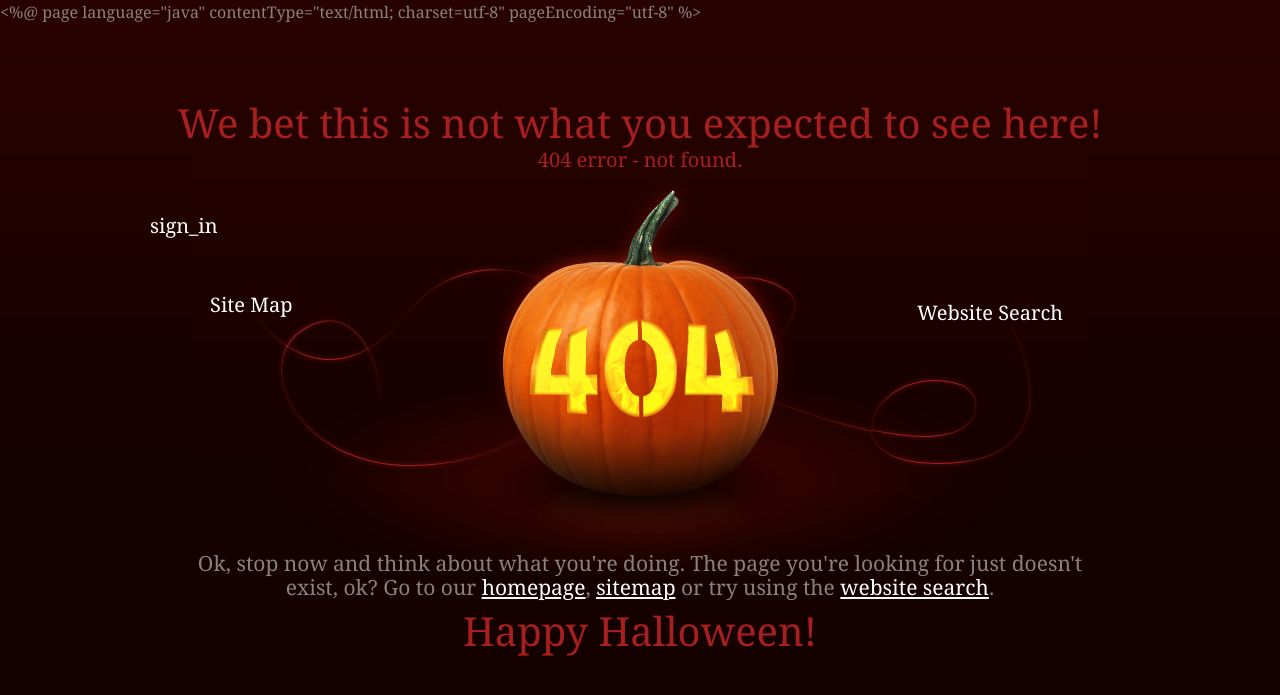
Repository: SuperCcKai/seServer
Page: MVCstudy/newServer/WebRoot/404.html
These files come from the project's save history. The page is drawn as it stood at one moment and after the next save; the edit follows.
The browser window is 1280 px wide. The pictures show the whole page.

Above is the page before, as saved 2018-05-12 13:27:41.

After the next save:
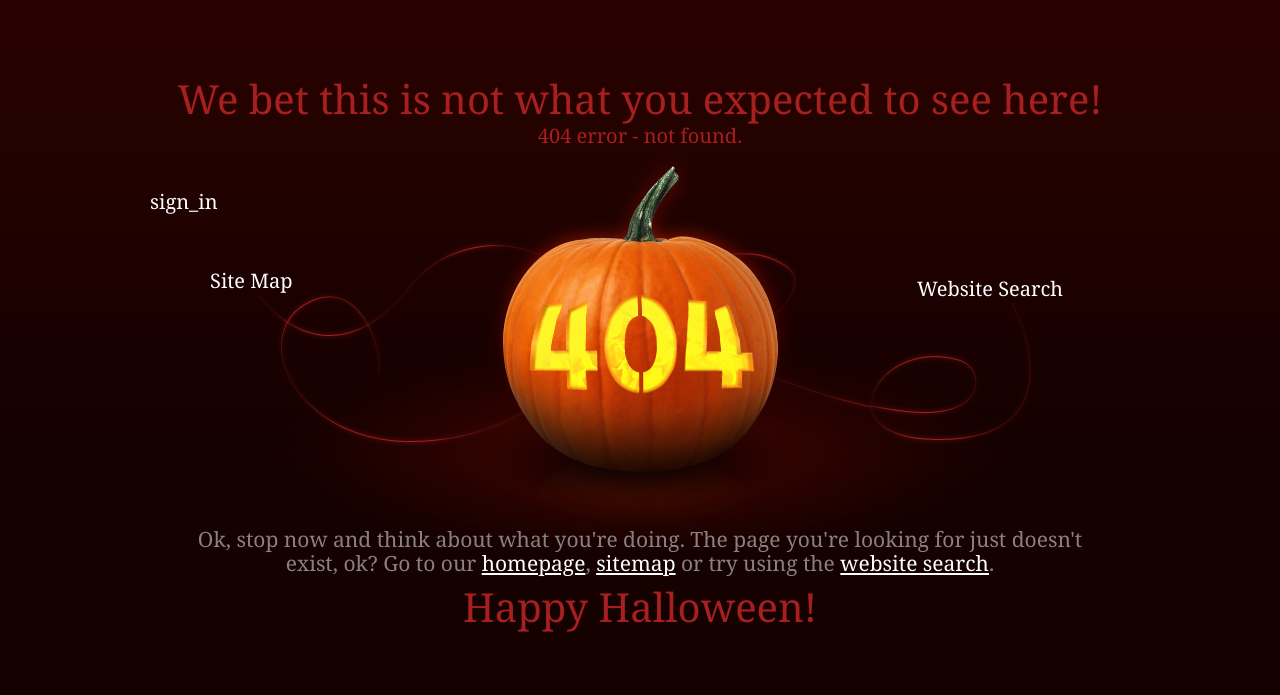
Saved 116 s later.
--- a/MVCstudy/newServer/WebRoot/404.html
+++ b/MVCstudy/newServer/WebRoot/404.html
@@ -1,5 +1,3 @@
-<%@ page language="java" contentType="text/html; charset=utf-8"
-    pageEncoding="utf-8" %>
 
 <!DOCTYPE html PUBLIC "-//W3C//DTD XHTML 1.0 Strict//EN" "http://www.w3.org/TR/xhtml1/DTD/xhtml1-strict.dtd">
 <html xmlns="http://www.w3.org/1999/xhtml" xml:lang="en" lang="en">
